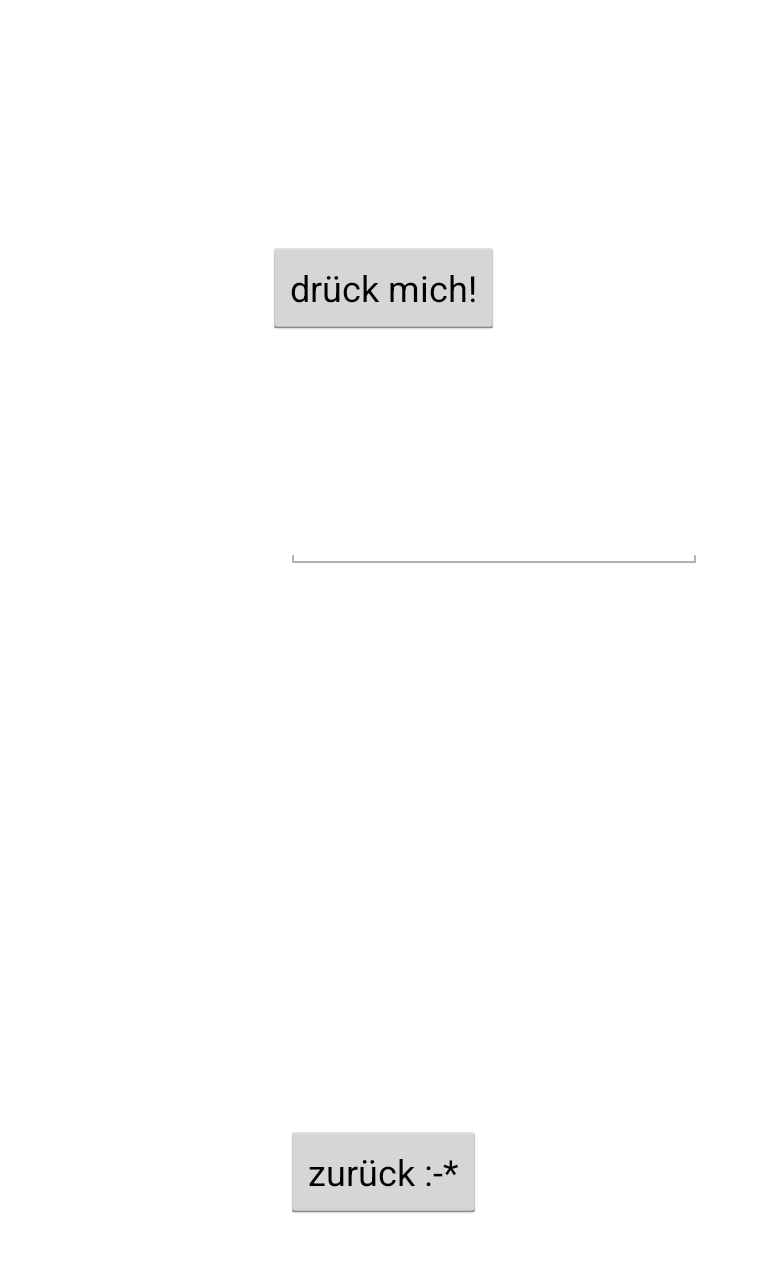
Repository: flashback2k12/ChristmasPresent
Layout: ChristmasPresent/res/layout/activity_first_coupon.xml
The author's editor kept a copy of each file at every save. The layout is drawn from the files as they stood at one save, then again after the next save.
It is drawn on a 768 x 1280 px phone screen (xhdpi) without system bars, with theme AppTheme; the app's code is not run.

Above is the layout before, as saved 2012-12-18 18:48:50.

After the next save:
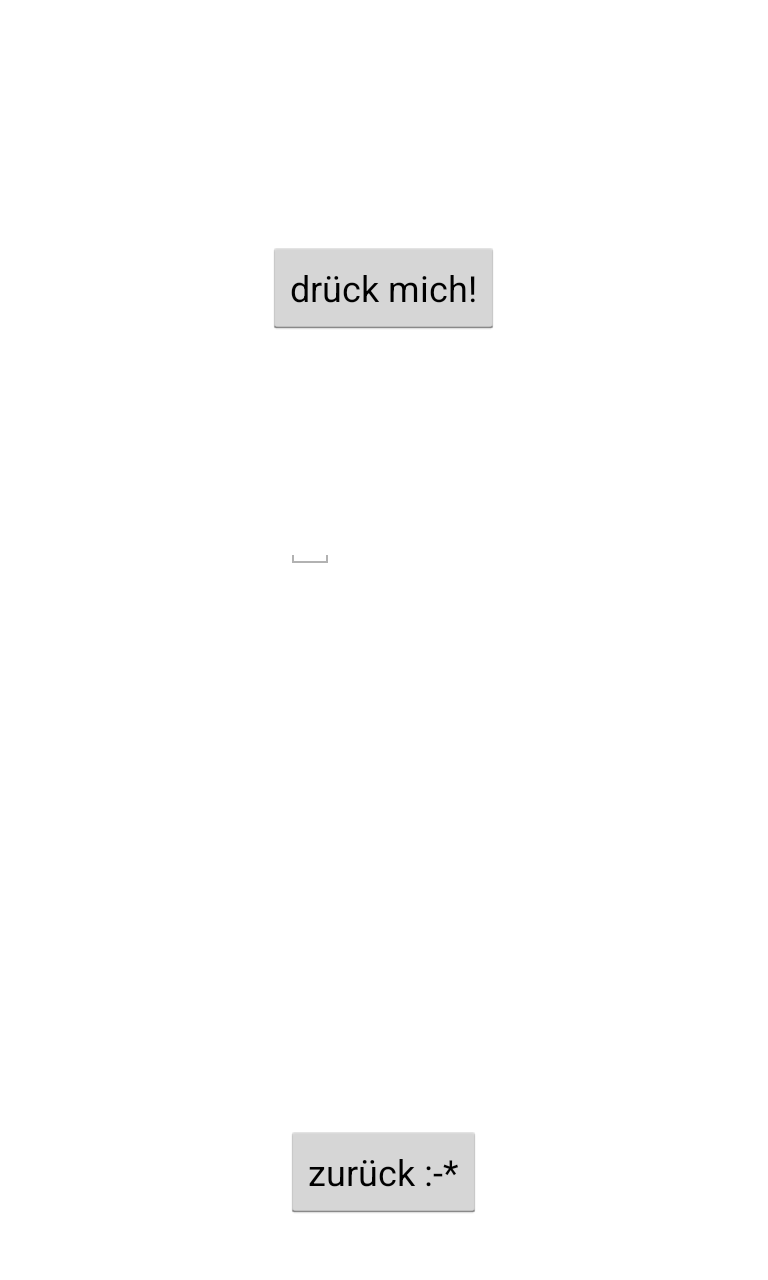
Saved 107 s later.
--- a/ChristmasPresent/res/layout/activity_first_coupon.xml
+++ b/ChristmasPresent/res/layout/activity_first_coupon.xml
@@ -30,7 +30,7 @@
         android:layout_alignLeft="@+id/button1"
         android:layout_below="@+id/button1FC"
         android:layout_marginTop="78dp"
-        android:ems="10"
+        android:ems="10dp"
         android:inputType="text"/>
 
 

After the save that followed:
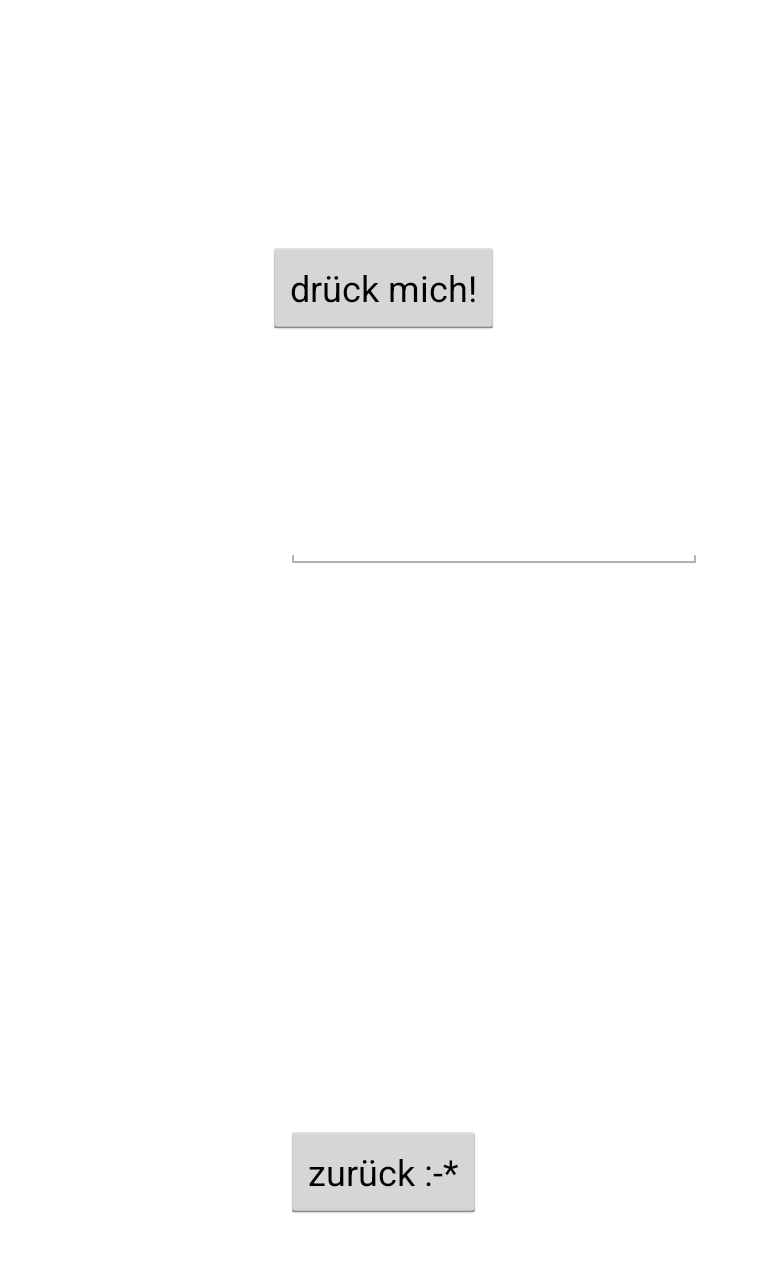
Saved 8 s later.
--- a/ChristmasPresent/res/layout/activity_first_coupon.xml
+++ b/ChristmasPresent/res/layout/activity_first_coupon.xml
@@ -30,7 +30,7 @@
         android:layout_alignLeft="@+id/button1"
         android:layout_below="@+id/button1FC"
         android:layout_marginTop="78dp"
-        android:ems="10dp"
+        android:ems="10"
         android:inputType="text"/>
 
 
